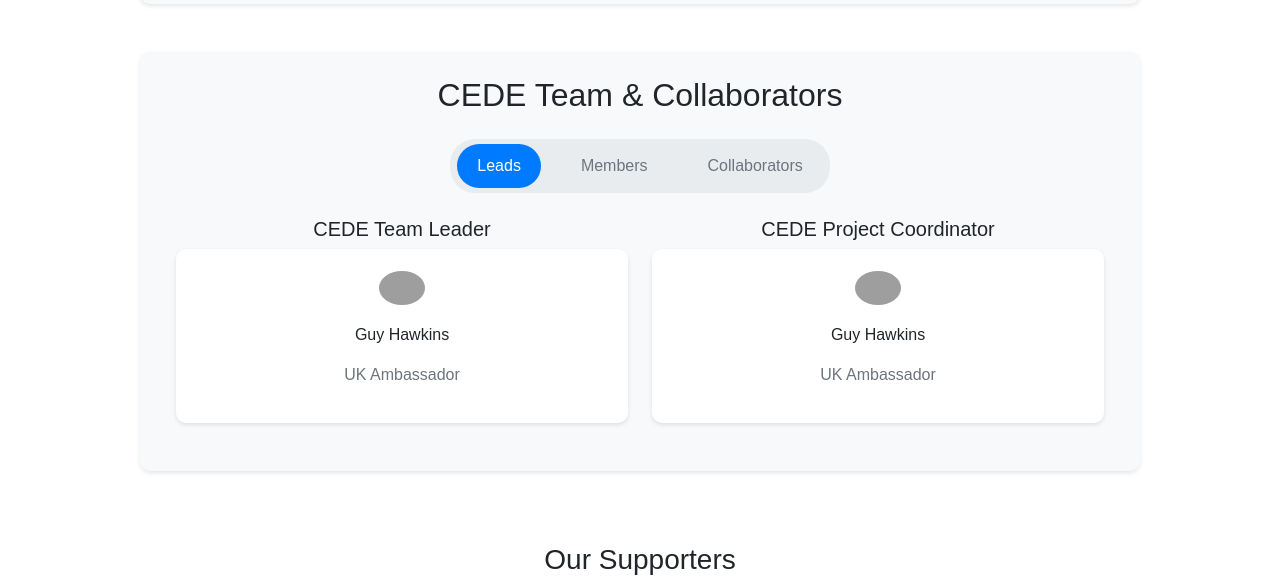
Repository: devashrisamani/CEDE-Website
Page: website/index.html
The author's editor kept a copy of each file at every save. The page is drawn from the files as they stood at one save, then again after the next save.
The browser window is 1280 px wide. The pictures show the part of the page from y = 2551 to 3132 px (the page is 4076 px tall before and 3250 px after).
Pictures or frames that could not be fetched are drawn as grey boxes. A picture or video elsewhere on the page could not be fetched, so the positions and the page height are approximate.

Above is the page before, as saved 2024-06-19 17:38:17.
Console error: TypeError: Cannot read properties of null (reading 'addEventListener')

After the next save:
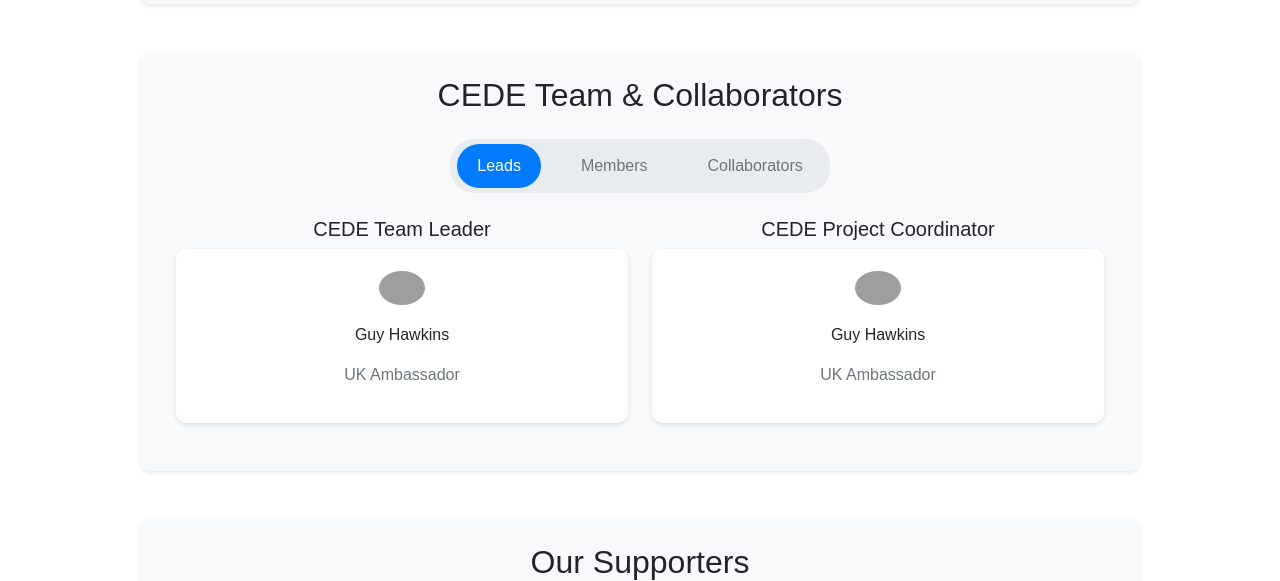
Saved 42 s later.
--- a/website/styles.css
+++ b/website/styles.css
@@ -151,3 +151,21 @@ header p {
 .rounded-circle {
   border: 2px solid #ffffff;
 }
+
+.supporters-container {
+  background-color: #f8f9fa; /* Light grey background */
+  border-radius: 10px;
+  padding: 40px; /* Add padding inside the container */
+  box-shadow: 0 2px 4px rgba(0, 0, 0, 0.1); /* Optional: adds subtle shadow */
+  margin: 0 auto; /* Center the container */
+  max-width: 1000px; /* Set a max-width */
+}
+
+.supporters-container h3 {
+  font-size: 2rem;
+}
+
+.supporter-logo {
+  max-height: 50px; /* Adjust the height as needed */
+  margin: 10px;
+}
